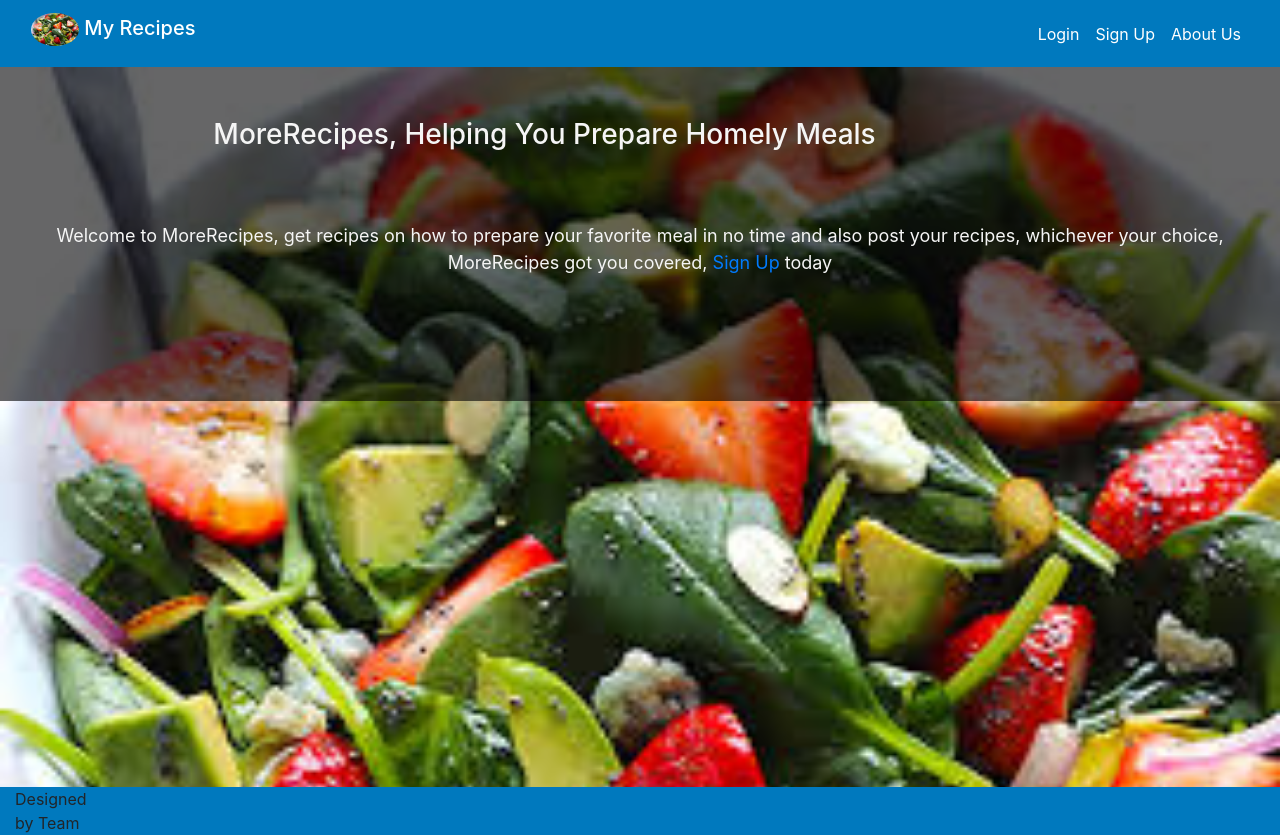
Repository: UggoPrince/more-recipes
Page: html/index.html
These files come from the project's save history. The page is drawn as it stood at one moment and after the next save; the edit follows.
The browser window is 1280 px wide. The pictures show the whole page.

Above is the page before, as saved 2018-07-30 07:15:32.

### html/index.html
<html lang="en">
<head>
  <meta charset="UTF-8">
  <meta name="viewport" content="width=device-width, initial-scale=1.0">
  <meta http-equiv="X-UA-Compatible" content="ie=edge">
  <link rel="stylesheet" href="https://maxcdn.bootstrapcdn.com/bootstrap/4.0.0/css/bootstrap.min.css" integrity="sha384-Gn5384xqQ1aoWXA+058RXPxPg6fy4IWvTNh0E263XmFcJlSAwiGgFAW/dAiS6JXm" crossorigin="anonymous"/>
  <style>
    main {
      background-color: rgba(0, 0, 3, 0.6);
      color: whitesmoke;
    }
    div#content {
      background-size: 100vw;
      background-repeat: no-repeat;
      background-image: url(../img/nav-image.jpg);
      background-size: cover;
      height: 100vh;
      background-repeat: no-repeat;
    }
    nav {
      background-color: #0079be;
      color: white;
    }
    .nav-link {
      color: white;
    }
  </style>
  <title>My Recipes Homepage</title>
</head>
<body>
  <nav class="xnav navbar navbar-expand-lg">
    <div class="container-fluid">
      <h3 style="color: white;" class="navbar-brand">
        <img class="rounded-circle" src="../img/nav-image.jpg" style="width: 48px;" alt="logo"/>
        My Recipes
      </h3>
      <button class="navbar-toggler" type="button" data-toggle="collapse" aria-controls="navDropdown" aria-expanded="false" aria-label="Toggle Navigation" data-target="#navDropdown" >
        <span class="navbar-toggler-icon"></span>
      </button>
      <div class="collapse navbar-collapse justify-content-end brand-anchor" id="navDropdown">
        <ul class="navbar-nav">
          <li class="nav-item">
            <a class="nav-link" href="login.html">Login</a>
          </li>
          <li class="nav-item">
            <a class="nav-link" href="signup.html">Sign Up</a>
          </li>
          <li class="nav-item">
            <a class="nav-link" href="about.html">About Us</a>
          </li>
        </ul>
      </div>
    </div>
  </nav>
  <div id="content">
    <main class="container-fluid">
      <div class="row">
        <div class="offset-2 col-8;" style="margin-top: 4%;">
            <h3>MoreRecipes, Helping You Prepare Homely Meals</h3>
        </div>
      </div>
      <center>
        <div style="padding-top: 5%; padding-bottom: 10%; font-size: 18px;">
          Welcome to MoreRecipes, get recipes on how to prepare your favorite meal in no time and also post your recipes, whichever your choice, MoreRecipes got you covered, <a href="signup.html">Sign Up</a> today
        </div>
      </center>
    </main>
  </div>
  <footer class="container-fluid" style="background-color: #0079be;">
    <div class="row">
      <div class="col-1">Designed by Team</div>
    </div>
  </footer>
</body>
</html>

After the next save:
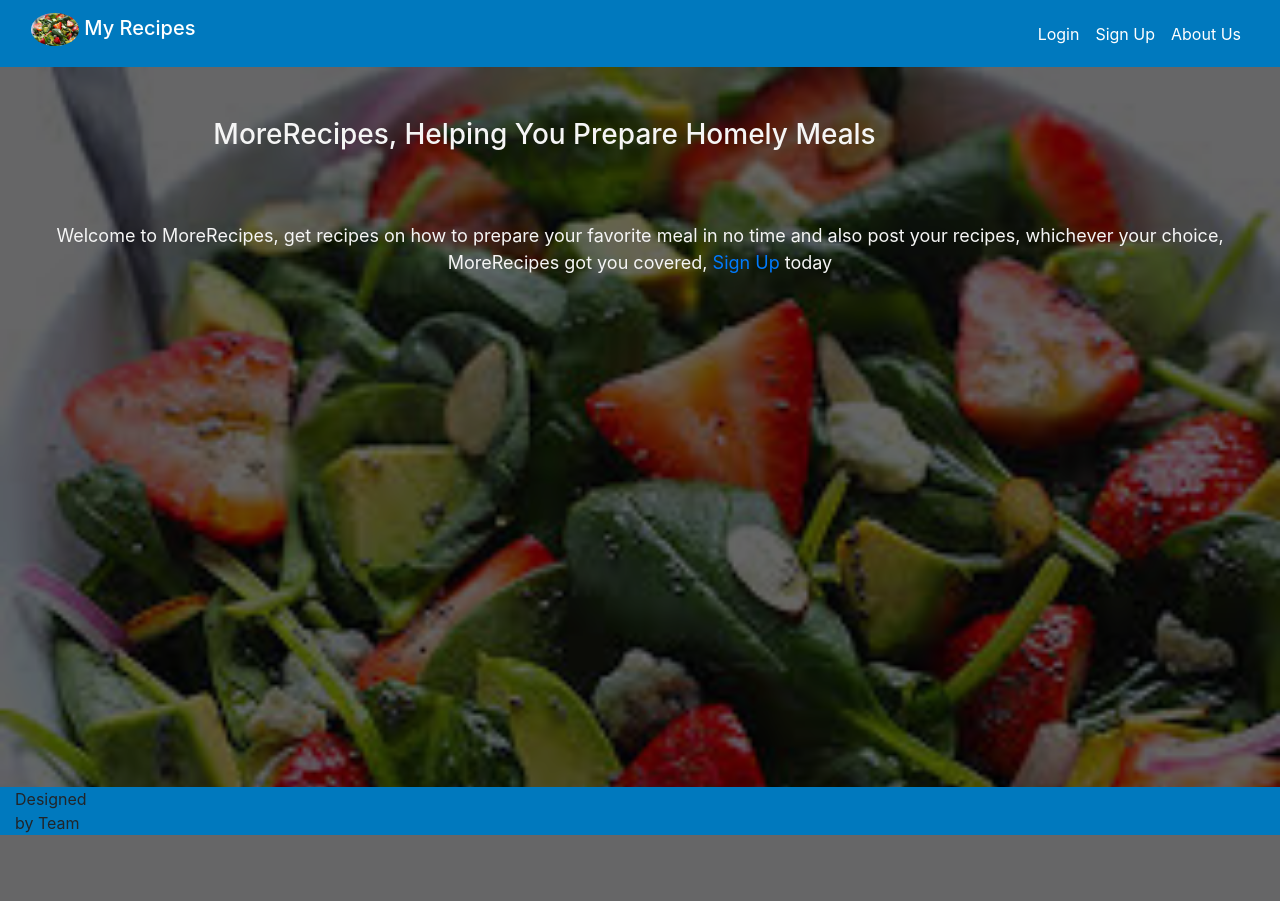
Saved 6 s later.
--- a/html/index.html
+++ b/html/index.html
@@ -60,7 +60,7 @@
         </div>
       </div>
       <center>
-        <div style="padding-top: 5%; padding-bottom: 10%; font-size: 18px;">
+        <div style="padding-top: 5%; padding-bottom: 50%; font-size: 18px;">
           Welcome to MoreRecipes, get recipes on how to prepare your favorite meal in no time and also post your recipes, whichever your choice, MoreRecipes got you covered, <a href="signup.html">Sign Up</a> today
         </div>
       </center>
